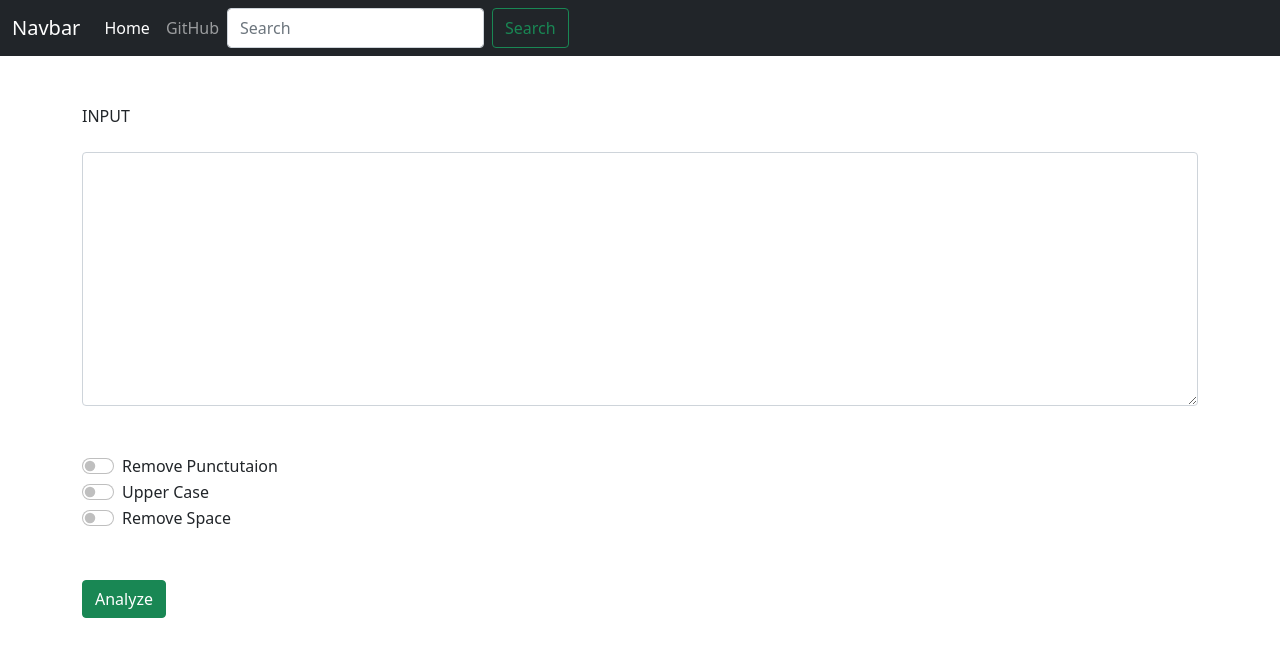
Repository: thenameisshreyank/Textutility
Page: http://localhost/
An editor plug-in stored every save of this project. The page is shown before and after the next save, followed by the edit.
The browser window is 1280 px wide. The pictures show the whole page.
The page is served by the project's application, run on Django 4.2 (manage.py).

Above is the page before, as saved 2022-04-15 10:53:21.

After the next save:
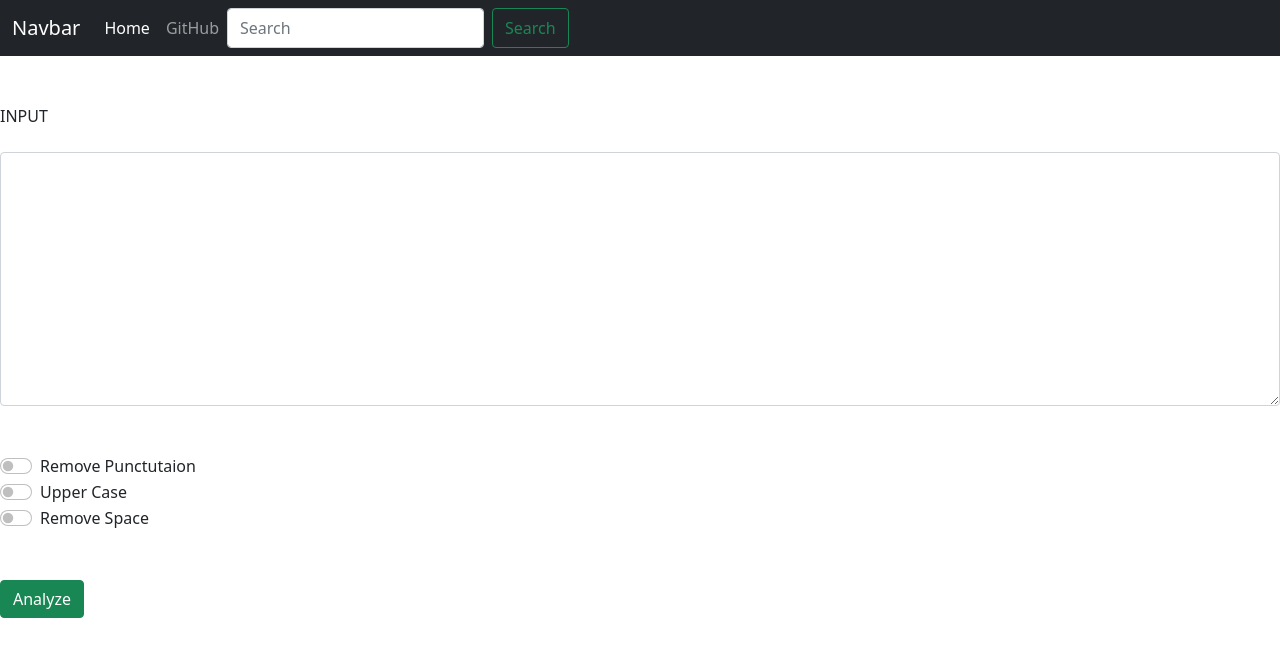
Saved 17 s later.
--- a/templates/index.html
+++ b/templates/index.html
@@ -12,6 +12,7 @@
 
 </head>
 <body>
+  <div class="container"></div>
     <nav class="navbar navbar-expand-lg navbar-dark bg-dark">
         <div class="container-fluid">
           <a class="navbar-brand" href="https://getbootstrap.com/">Navbar</a>
@@ -36,7 +37,7 @@
         </div>
       </nav><br><br>
       <form action="analyze" method="get">
-        <div class="container">
+
         <div class="form-group">
           <label for="exampleFormControlTextarea1">INPUT</label><br><br>
           <textarea class="form-control" id="textarea" name="text" rows="10"></textarea>
